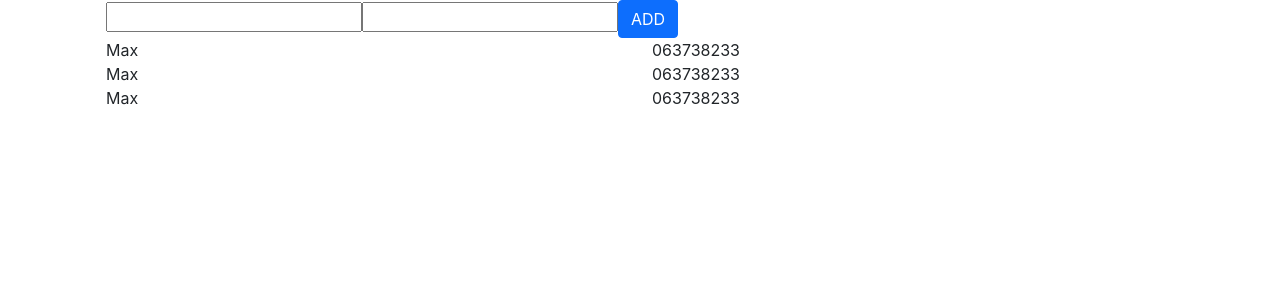
Repository: tsydikov/phone_book
Page: /
An editor plug-in stored every save of this project. The page is shown before and after the next save, followed by the edit.
The browser window is 1280 px wide. The pictures show the whole page.
The project was rebuilt for these pictures with package versions that can differ from the ones it lists, and the page was loaded fresh each time. Also part of the build but not shown: src/App.css.

Above is the page before, as saved 2021-10-07 19:11:50.

After the next save:
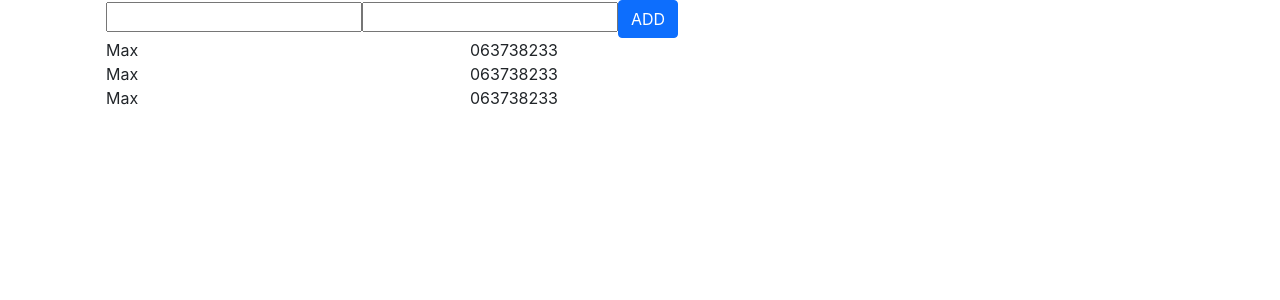
Saved 10 s later.
--- a/src/components/PhoneItem.jsx
+++ b/src/components/PhoneItem.jsx
@@ -7,6 +7,7 @@ const PhoneItem = ({phone}) => {
       <Row>
         <Col>{phone.name}</Col>
         <Col>{phone.phoneNamber}</Col>
+        <Col></Col>
       </Row>
     </Container>
   );
